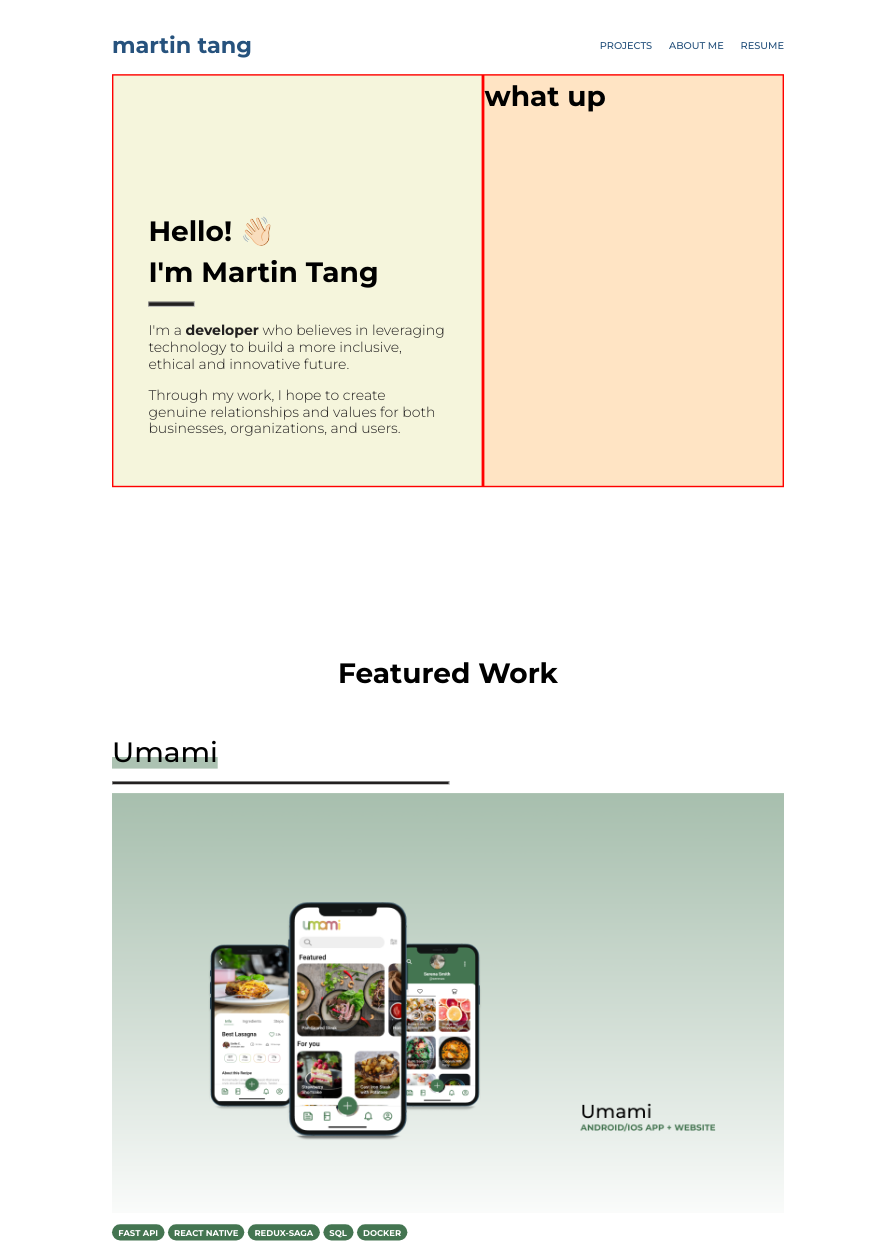
Repository: TangMartin/martintang
Page: index.html
These files come from the project's save history. The page is drawn as it stood at one moment and after the next save; the edit follows.
The browser window is 1280 px wide. The pictures show the whole page, at 70% of full size.

Above is the page before, as saved 2021-11-24 00:45:20.

After the next save:
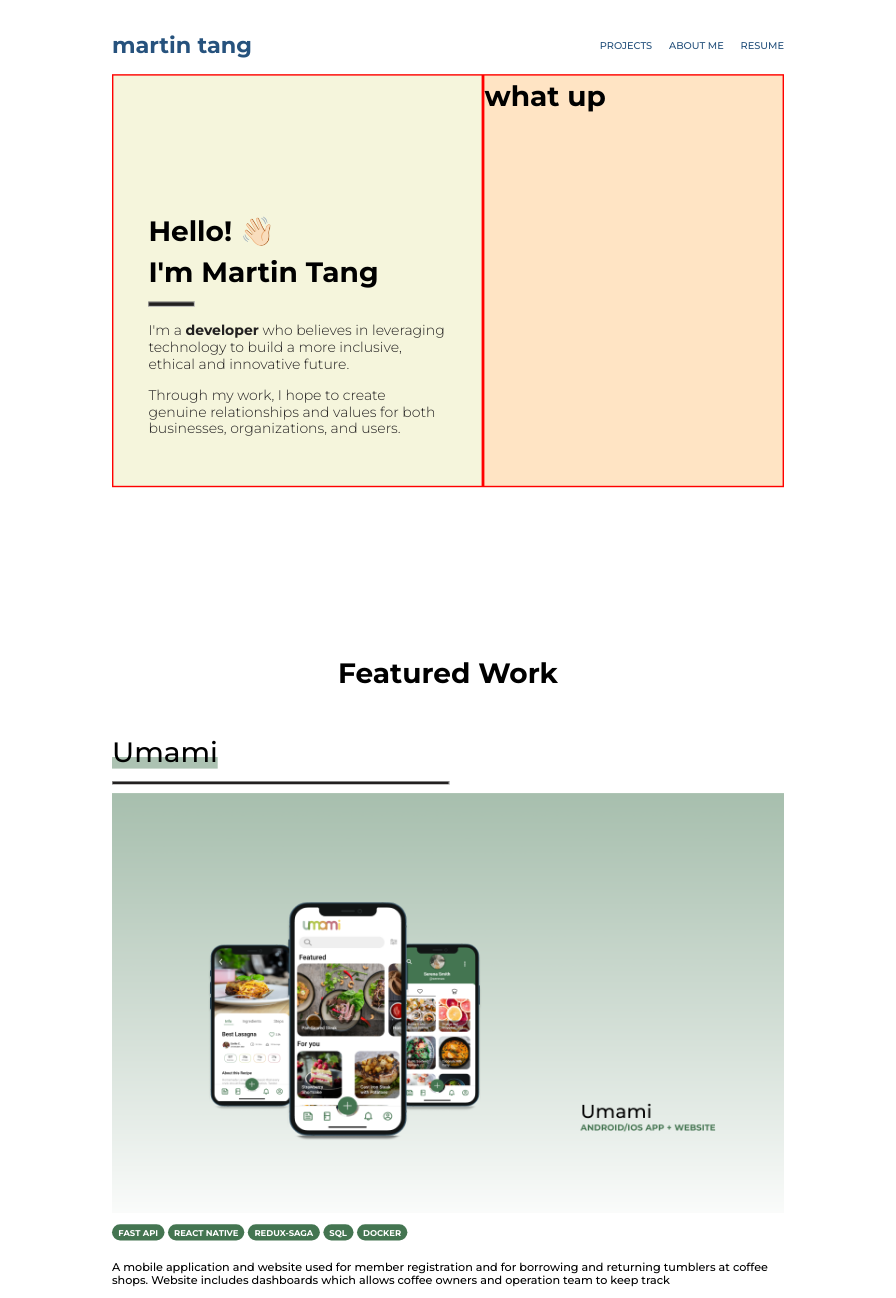
Saved 116 s later.
--- a/index.html
+++ b/index.html
@@ -45,6 +45,9 @@
                         <p>SQL</p>
                         <p>DOCKER</p>
                     </div>
+                    <p class="work_description">
+                        A mobile application and website used for member registration and for borrowing and returning tumblers at coffee shops.  Website includes dashboards which allows coffee owners and operation team to keep track
+                    </p>
                 </li>
             </ul>
         </div>
